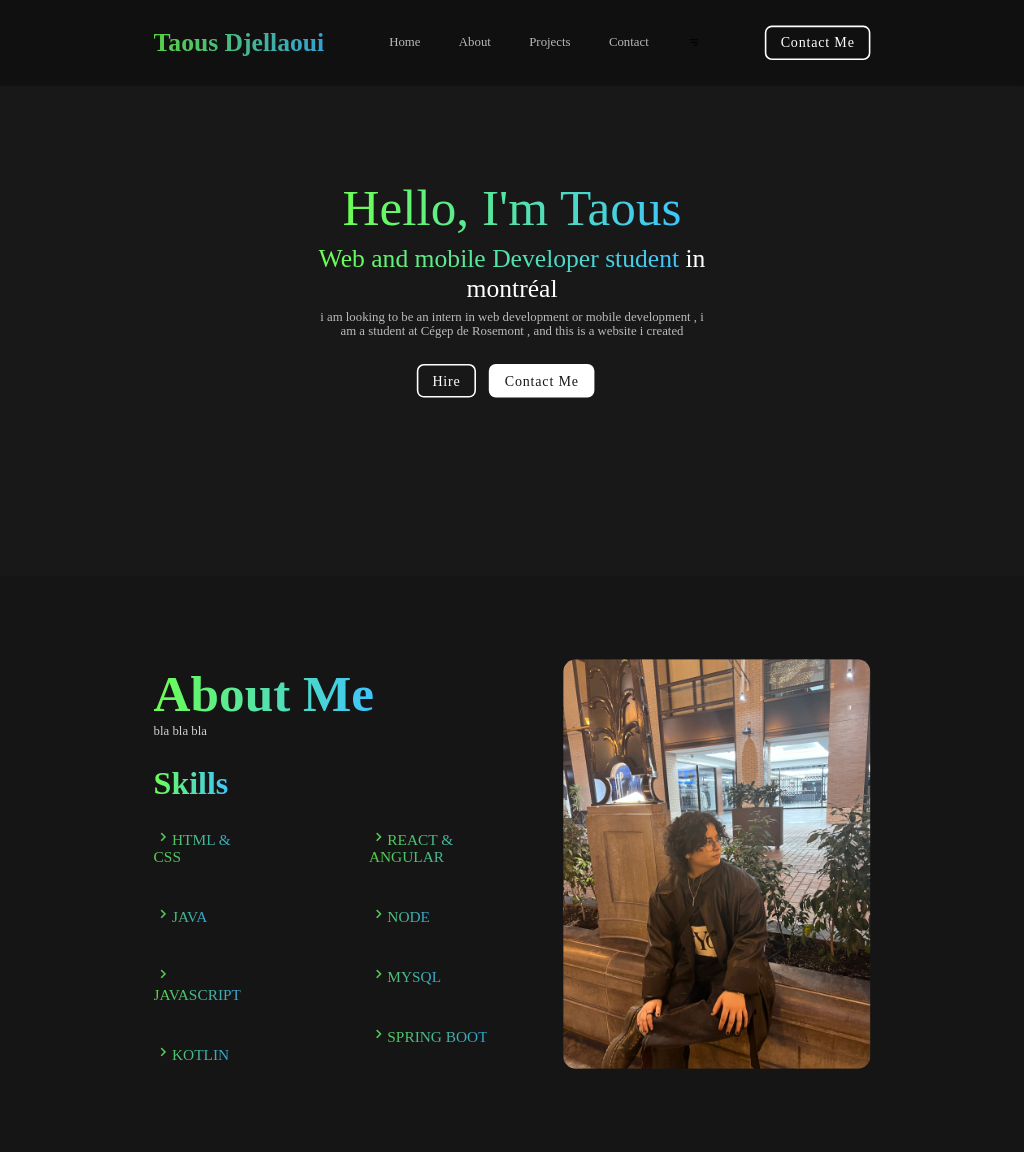
Repository: taousdjellaoui/portfolio-
Page: portfolio/index.html
These files come from the project's save history. The page is drawn as it stood at one moment and after the next save; the edit follows.
The browser window is 1280 px wide. The pictures show the whole page, at 80% of full size.

Above is the page before, as saved 2024-09-23 22:37:55.

### portfolio/index.html
<!DOCTYPE html>
<html lang="en">
  <head>
    <meta charset="UTF-8" />
    <meta name="viewport" content="width=device-width, initial-scale=1.0" />
    <title>Portfolio Website</title>
    <link rel="stylesheet" href="style.css" />
    <link href='https://unpkg.com/boxicons@2.1.4/css/boxicons.min.css' rel='stylesheet'>
  </head>
  <body>
    <nav>
      <a href="#" class="logo"><span>Taous Djellaoui</span></a>
      <ul class="links">
        <a href="#home">Home</a>
        <a href="#about">About</a>
        <a href="#projects">Projects</a>
        <a href="#contact">Contact</a>
        <i class='bx bx-menu-alt-right' id="Menu"></i>
      </ul>
      <a href="#contact" class="btn">Contact Me</a>

    </nav>
    <section id="home">

      <div class="info-box">
        <h1><span>Hello, I'm Taous</span></h1>
        <h3><span>Web and mobile Developer student</span> in montréal</h3>
        <p>i am looking to be an intern in web development or mobile development , i am a student
           at Cégep de Rosemont , and this is a website i created  </p>
      </div>
      <div class="btn-box">
        <div class="btn">Hire</div>
        <div class="btn">Contact Me</div>
        <div></div>

      </div>
    </section>

    <section id="about">
      <div class="about-box">
        <div class="about-info">
          <h1><span>About Me</span></h1>
          <p>bla bla bla </p>

        </div>
        <h2><span>Skills</span></h2>
        <div class="skills">
          <ul>
            <li>
              <span><i class='bx bx-chevron-right' ></i>HTML & CSS</span>
            </li>
            <li>
              <span><i class='bx bx-chevron-right' ></i>JAVA</span>
            </li>
            <li>
              <span><i class='bx bx-chevron-right' ></i>JAVASCRIPT</span>
            </li>
            <li>
              <span><i class='bx bx-chevron-right' ></i>KOTLIN</span>
            </li>
          </ul>
          <ul>
            <li>
              <span><i class='bx bx-chevron-right' ></i>REACT & ANGULAR</span>
            </li>
            <li>
              <span><i class='bx bx-chevron-right' ></i>NODE</span>
            </li>
            <li>
              <span><i class='bx bx-chevron-right' ></i>MYSQL</span>
            </li>
            <li>
              <span><i class='bx bx-chevron-right' ></i>SPRING BOOT</span>
            </li>
          </ul>
        </div>

      </div>
      <img src="image.jpg" alt="">
    </section>


    <script src="script.js"></script>
  </body>
</html>

### portfolio/style.css
* {
  margin: 0;
  padding: 0;
  box-sizing: border-box;
  text-decoration: none;
  list-style: none;
  scroll-behavior: smooth;
  font-family: "Poppins";
}
:root {
  --background: rgb(24, 24, 24);
  --second-background: rgb(21, 21, 21);
}
body{
  min-height: 100vh;
  background-color: var(--background);
}
nav{
position:fixed;
top:0;
width: 100%;
padding: 2em 15%;
display: flex;
align-items: center;
justify-content: space-between;
background-color:rgba(15,15,15,0.8);
backdrop-filter: blur(10px);
z-index: 1000;
}
ul{
  display:flex;
  align-items: center;
  gap: 3em;

}
nav ul a{
  color: white;
  opacity: 0.7;
  transition:0.2s ease-in-out;
}
nav ul a:hover{
  opacity: 1;

}
.logo{
  font-size:2em;
  color: white;
  font-weight: 800;
  opacity: 0.8;
  transition: 0.2s ease-in-out;

}
.logo:hover{
  opacity: 1;
}
.btn{
  padding : 0.5em 1em;
  color : white;
  font-weight: 500;
  letter-spacing:1px ;
  border-radius: 0.5em;
  font-size: 1.1em;
  border: 2px solid white;
  cursor: pointer;
  transition: 0.3s ease-in-out;

}
.btn:hover{
  background-color: white;
  color: var(--background);

}
span{
  background: linear-gradient(to right,#6cff52,#3ec5ff);
  background-clip: text;
  color:transparent;
}
#menu{
  color:white;
  font-size:3em;
  display:none;
}
section{
  min-height: 100vh;
  padding: 5% 15%;
}
#home{
display: flex;
flex-direction: column;
align-items:center;
justify-content: center;
gap:2em;
color:white;

}
#home img{
width:18vw;
border-radius: 1%;
margin-top: 3em;

}
.info-box{
  display: flex;
  flex-direction: column;
  text-align: center;
  gap: 0.5em;
  max-width: 500px;

}
.info-box h1{
  font-size:4em;
  font-weight: 500;
}
.info-box h3{
  font-size:2em;
  font-weight: 400;
}
.info-box p{
 opacity:0.7;
}
.btn-box{
  display: flex;
  gap: 1em;
}
.btn-box .btn:nth-of-type(2){
  background-color:white;
  color: var(--background)
}
.btn-box .btn:nth-of-type(2):hover{
  background-color: var(--background);
  color:white;

}
::-webkit-scrollbar{
  width: 20px;
  background-color: var(--background);
}
::-webkit-scrollbar-thumb{
  background: linear-gradient(to bottom,#788077,#a8b2b7);

}
#about{
  background-color: var(--second-background);
  display: flex;
  align-items:center;
  justify-content: center;
  gap: 5em;

}
#about img{
  width: 30vw;
  border-radius:1em;

}
.about-box{
  display:flex;
  flex-direction: column;
  text-align: left;
  gap: 2em;
}
.about-box h1{
  font-size: 4em;
}
.about-box p{
color:white;
opacity:0.8;
}
.skills{
  display:flex;
  text-align: left;
  gap: 10em;

}
.skills ul{
  font-size: 1em;
  font-weight: 500;
  display:flex;
  flex-direction: column;
  color:white;
  opacity:0.8;
  align-items: baseline;
}
.skills ul li{
  display: flex;
  gap : 0.5em;
   font-size: 1.2em;
   transition:0.3s ease-in-out;
}
.skills ul li:hover{
  transform: translateX(10px);
}
.skills ul li i{
 font-size:1.2em;

}
.about-box h2{
  font-size: 2.5em;
}

Loaded but not shown: portfolio/script.js (no stored copy; drawn as an empty file)

After the next save:
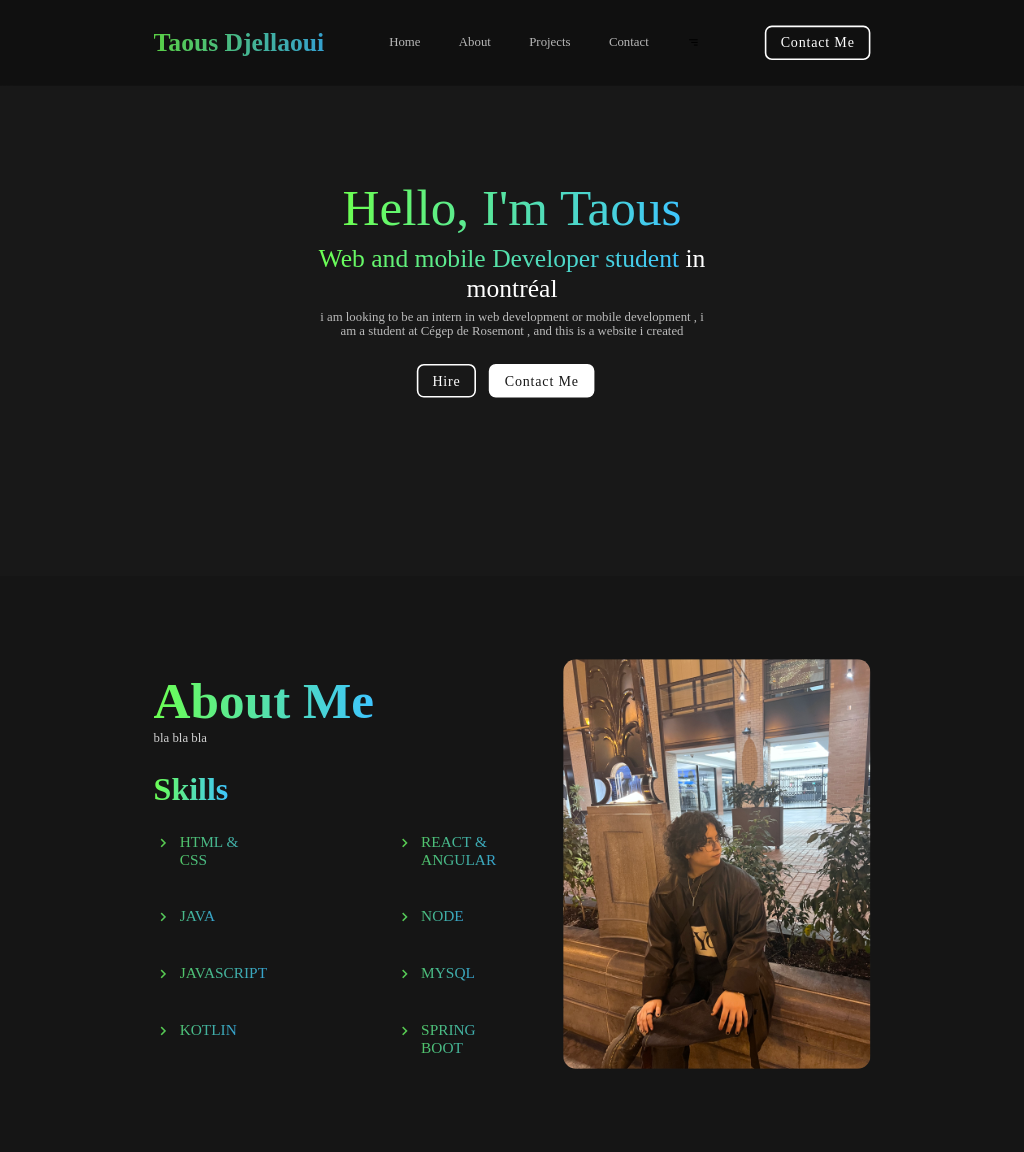
Saved 14 h 15 min later.
--- a/portfolio/style.css
+++ b/portfolio/style.css
@@ -180,13 +180,13 @@ opacity:0.8;
   opacity:0.8;
   align-items: baseline;
 }
-.skills ul li{
+.skills ul li span{
   display: flex;
   gap : 0.5em;
    font-size: 1.2em;
    transition:0.3s ease-in-out;
 }
-.skills ul li:hover{
+.skills ul li span:hover{
   transform: translateX(10px);
 }
 .skills ul li i{
